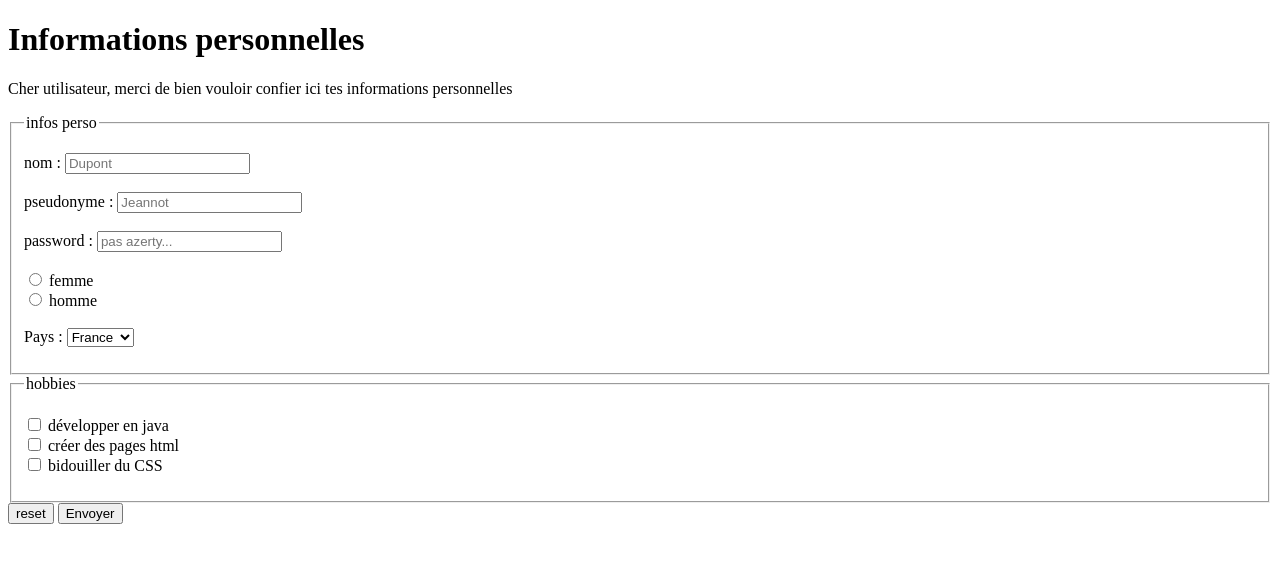
Repository: FabiendeBelleville/test
Page: GTM-eclipse-workspace-Fabien_Drouin/fabienFormulaire/WebContent/formulaire.html
These files come from the project's save history. The page is drawn as it stood at one moment and after the next save; the edit follows.
The browser window is 1280 px wide. The pictures show the whole page.

Above is the page before, as saved 2018-10-01 14:16:37.

### GTM-eclipse-workspace-Fabien_Drouin/fabienFormulaire/WebContent/formulaire.html
<!DOCTYPE html>
<html>
<head>
<meta charset="ISO-8859-1">
<title>Formulaire</title>
</head>
<body>

	<h1>Informations personnelles</h1>
	<p>Cher utilisateur, merci de bien vouloir confier ici tes
		informations personnelles</p>

	<form method="post" action="CestQui">
		<fieldset>
			<legend>infos perso</legend>

			<p>
				nom : <input type="text" name="nom" placeholder="Dupont" /> <br>
				<br> pseudonyme : <input type="text" name="pseudonyme"
					placeholder="Jeannot" /> <br> <br> password : <input
					type="text" name="password" placeholder="pas azerty..." /> <br />
				<br /> <input type="radio" name="sex" value="femme" id="femme" />
				<label for="femme">femme</label> <br /> <input type="radio"
					name="sex" value="homme" id="homme" /> <label for="homme">homme</label>
				<br />





			<br> Pays :
				<select name="hobbies" id="hobbies">

					<option value="France">France</option>
					<option value="Grece">Grece</option>
					<option value="Albanie">Albanie</option>
					<option value="Nigeria">Nigeria</option>

				</select>
			</p>


		</fieldset>


		<fieldset>
			<legend>hobbies</legend>



			<p>
				 <input type="checkbox" name="java" id="java" /> <label
					for="java">développer en java</label><br /> <input type="checkbox"
					name="html" id="html" /> <label for="html">créer des pages
					html</label><br /> <input type="checkbox" name="CSS" id="CSS" /> <label
					for="epinards">bidouiller du CSS</label><br />
			</p>


		</fieldset>

		<input type="reset" value="reset" /> <input type="submit"
			value="Envoyer" />
	</form>




</body>
</html>

After the next save:
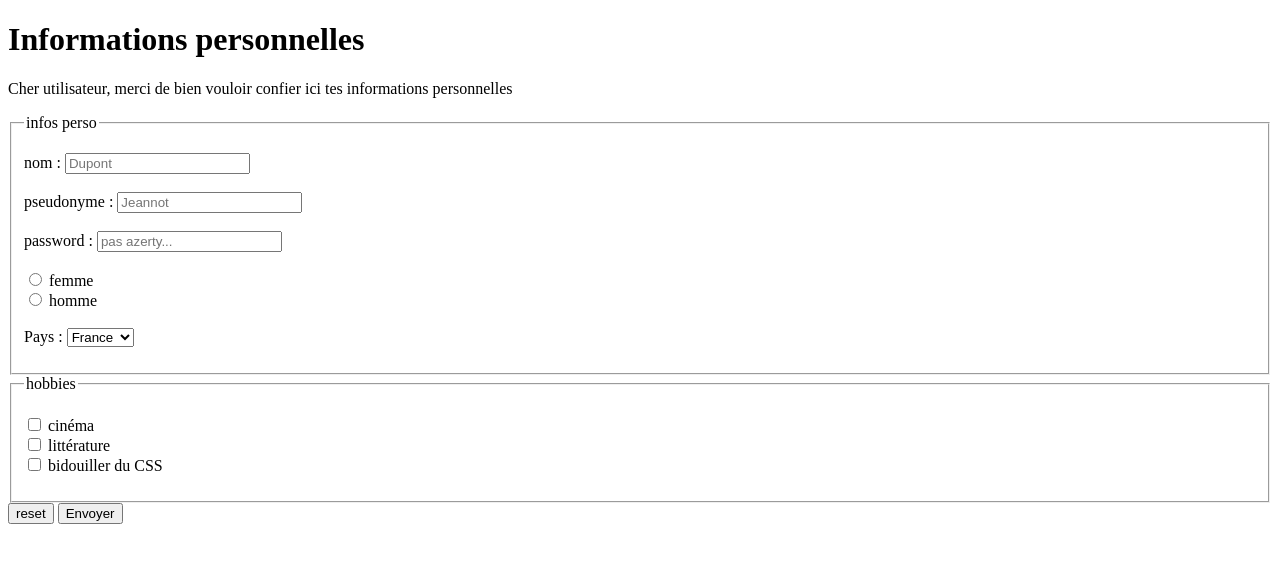
Saved 42 s later.
--- a/GTM-eclipse-workspace-Fabien_Drouin/fabienFormulaire/WebContent/formulaire.html
+++ b/GTM-eclipse-workspace-Fabien_Drouin/fabienFormulaire/WebContent/formulaire.html
@@ -50,9 +50,8 @@
 
 			<p>
 				 <input type="checkbox" name="java" id="java" /> <label
-					for="java">développer en java</label><br /> <input type="checkbox"
-					name="html" id="html" /> <label for="html">créer des pages
-					html</label><br /> <input type="checkbox" name="CSS" id="CSS" /> <label
+					for="java">cinéma</label><br /> <input type="checkbox"
+					name="html" id="html" /> <label for="html">littérature</label><br /> <input type="checkbox" name="CSS" id="CSS" /> <label
 					for="epinards">bidouiller du CSS</label><br />
 			</p>
 
